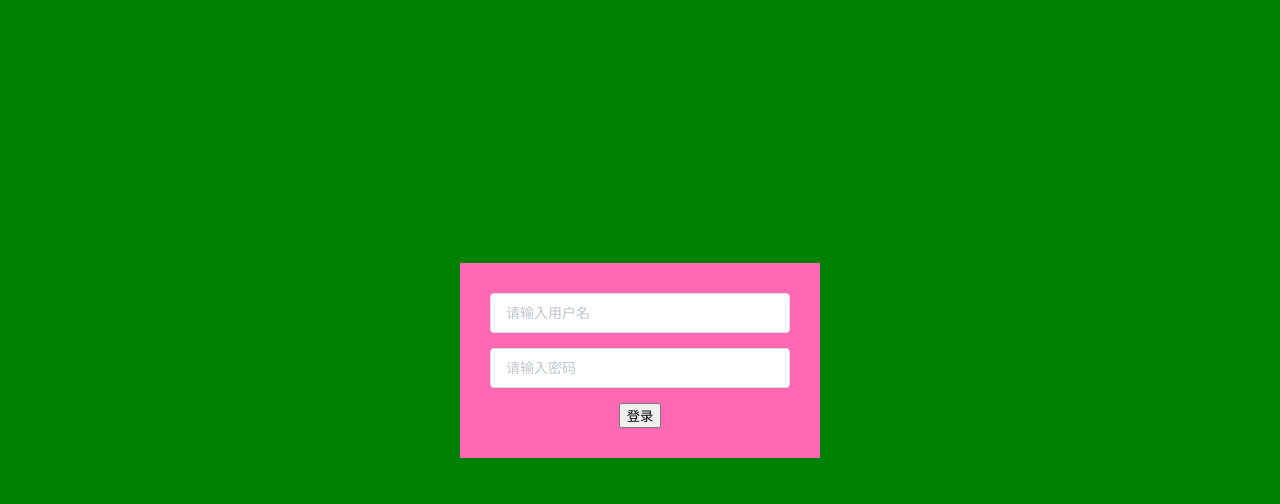
Repository: 385841539/VueStudy
Page: / (app in vue_cli/)
The author's editor kept a copy of each file at every save. The page is drawn from the files as they stood at one save, then again after the next save.
The browser window is 1280 px wide. The pictures show the whole page.
The project was rebuilt for these pictures with package versions that can differ from the ones it lists, and the page was loaded fresh each time. Also part of the build but not shown: vue_cli/vue.config.js.

Above is the page before, as saved 2022-01-17 14:58:17.
Console error (its wording comes from the project's code and is left out).

After the next save:
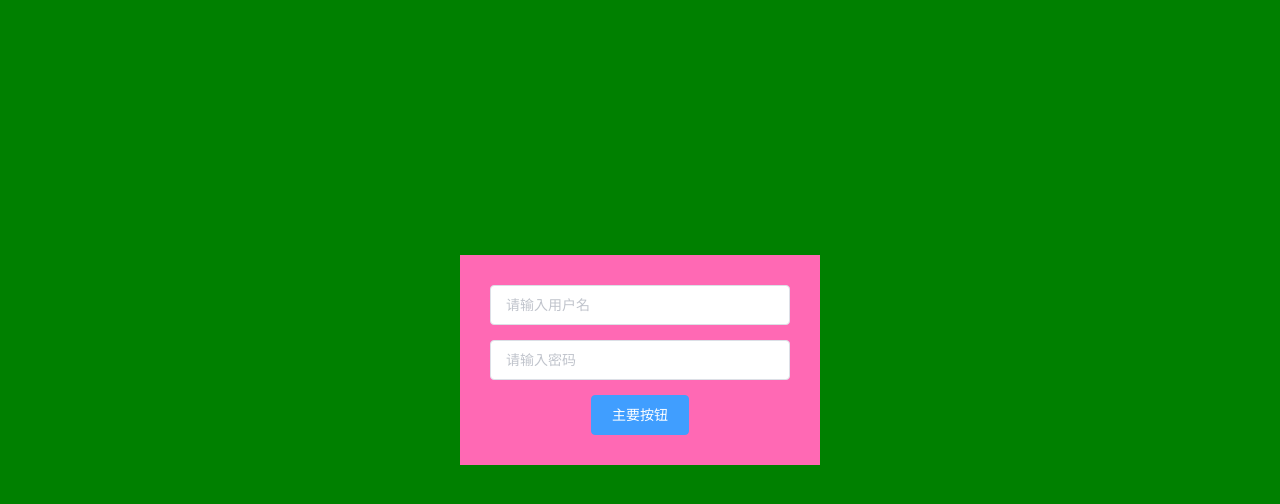
Saved 8 min 53 s later.
--- a/vue_cli/src/views/Login/Login.vue
+++ b/vue_cli/src/views/Login/Login.vue
@@ -8,7 +8,7 @@
         show-password
       ></el-input>
 
-      <button>登录</button>
+      <el-button type="primary">主要按钮</el-button>
     </div>
   </div>
 </template>
